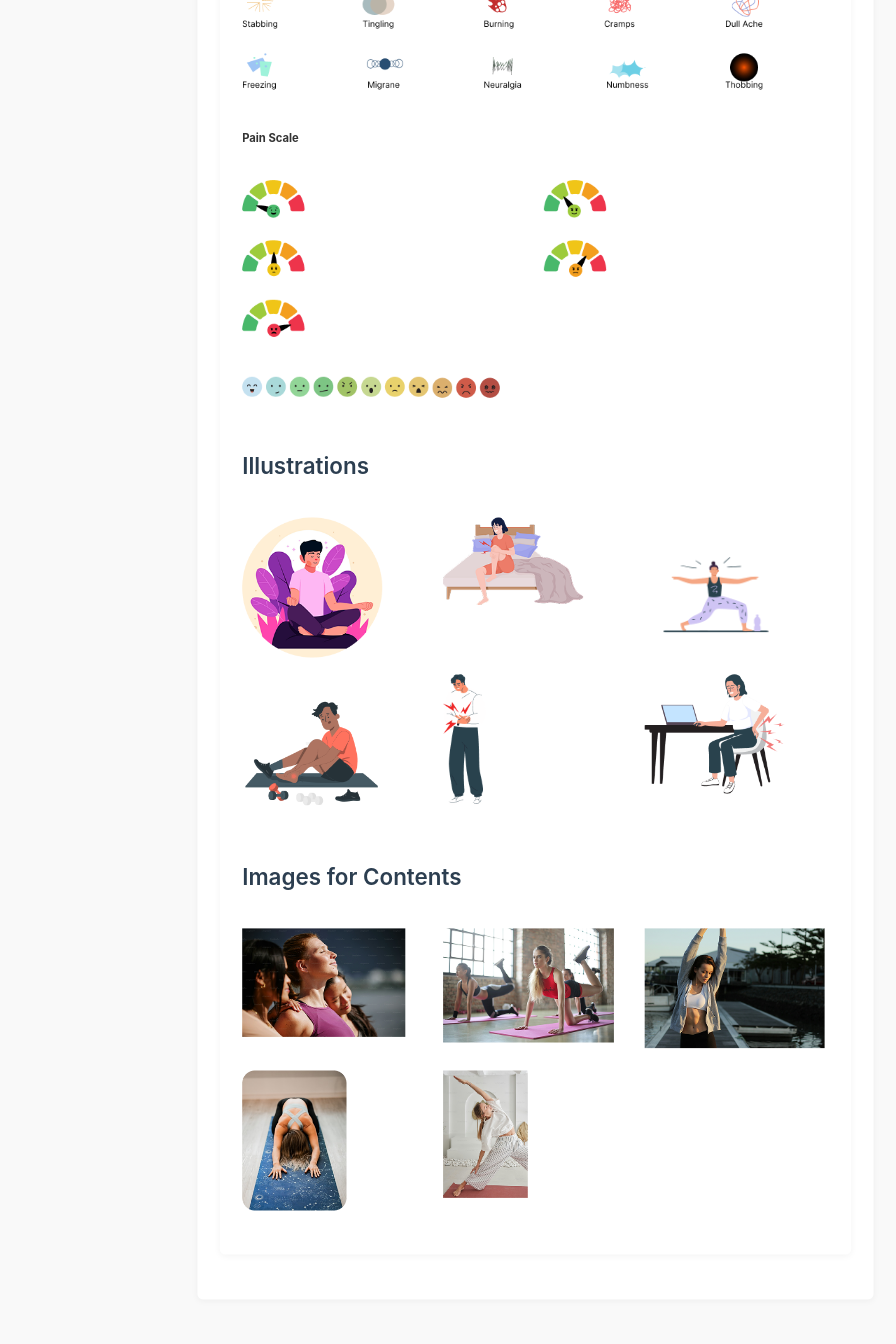
Repository: rosielee09/Heal_U
Page: graphics.html
The author's editor kept a copy of each file at every save. The page is drawn from the files as they stood at one save, then again after the next save.
The browser window is 1280 px wide. The pictures show the part of the page from y = 2106 to 4026 px (the page is 4026 px tall), at 70% of full size.

Above is the page before, as saved 2025-04-03 22:20:08.

After the next save:
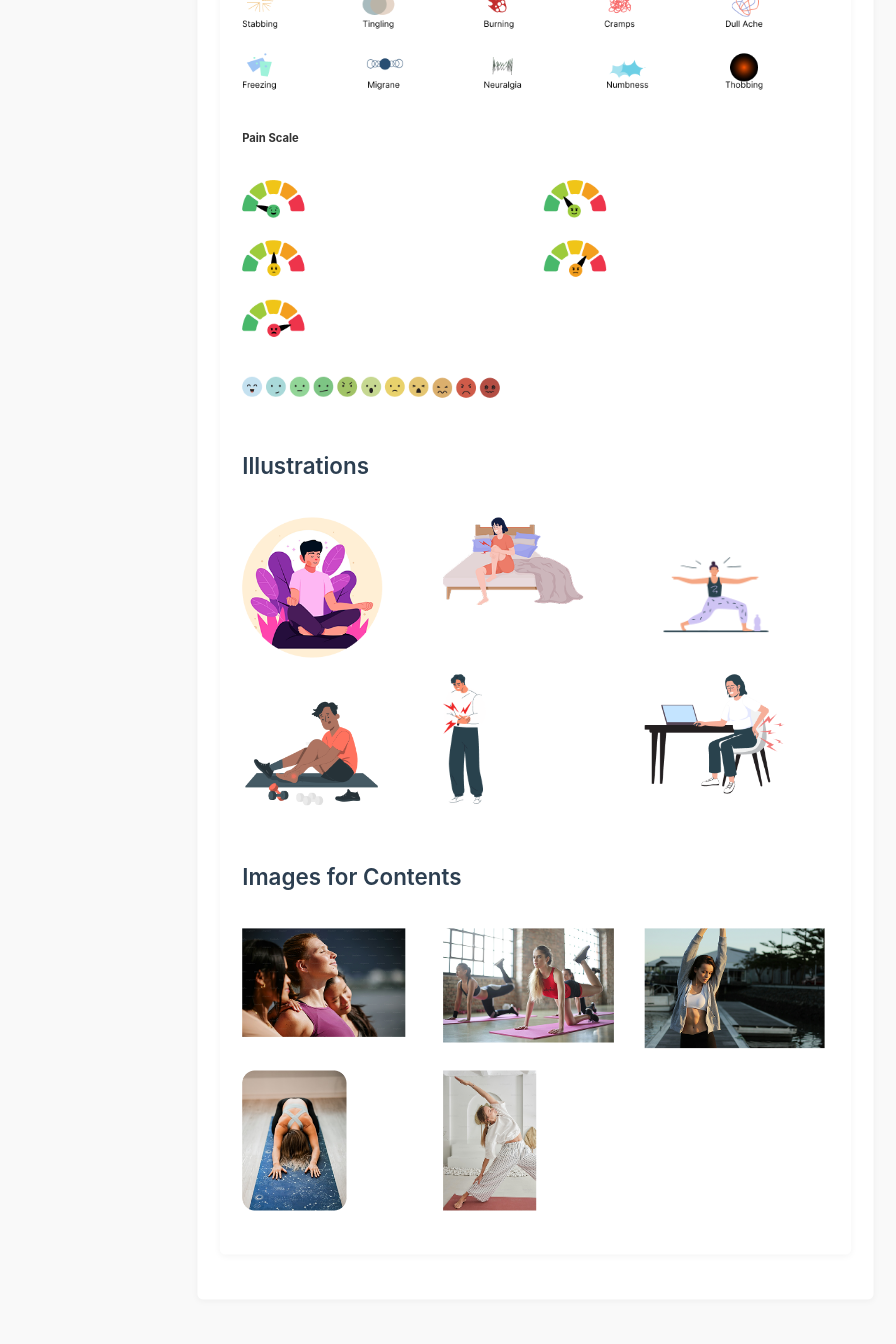
Saved 10 s later.
--- a/graphics.html
+++ b/graphics.html
@@ -227,7 +227,7 @@
                     <img height="200px" class="graphic-icons" src="/img/Appovation - images for contents/unsplash_PJ8C7JCqK0o-1.png" alt="pain_type_icon">
                 </div>
                 <div class="graphic-item">
-                    <img class="graphic-icons" src="/img/Appovation - images for contents/unsplash_PJ8C7JCqK0o.png" alt="pain_type_icon">
+                    <img height="200px" class="graphic-icons" src="/img/Appovation - images for contents/unsplash_PJ8C7JCqK0o.png" alt="pain_type_icon">
                 </div>
         </section>
 
